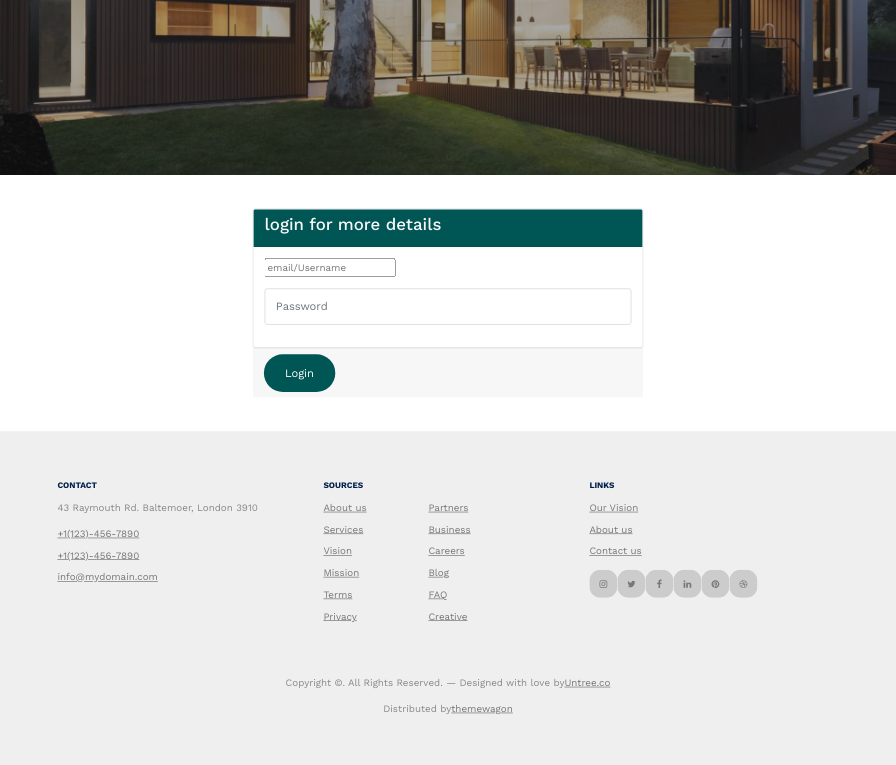
Repository: Farhan0021/Rentalproject
Page: /seeker/login (app in front/)
An editor plug-in stored every save of this project. The page is shown before and after the next save, followed by the edit.
The browser window is 1280 px wide. The pictures show the part of the page from y = 470 to 2390 px (the page is 1563 px tall before and 2617 px after), at 70% of full size.
The project was rebuilt for these pictures with package versions that can differ from the ones it lists, and the page was loaded fresh each time. Also part of the build but not shown: front/vite.config.js, front/src/pages/Home.jsx, front/src/schema/SeekerSignupSchema.jsx, front/src/pages/seekers/Signup.jsx, front/src/pages/owner/Login.jsx, front/src/schema/OwnerSignupSchema.jsx, front/src/pages/owner/Signup.jsx, front/src/pages/Details.jsx.

Above is the page before, as saved 2025-05-01 16:21:10.
Console error: TypeError: Cannot read properties of null (reading 'style')

After the next save:
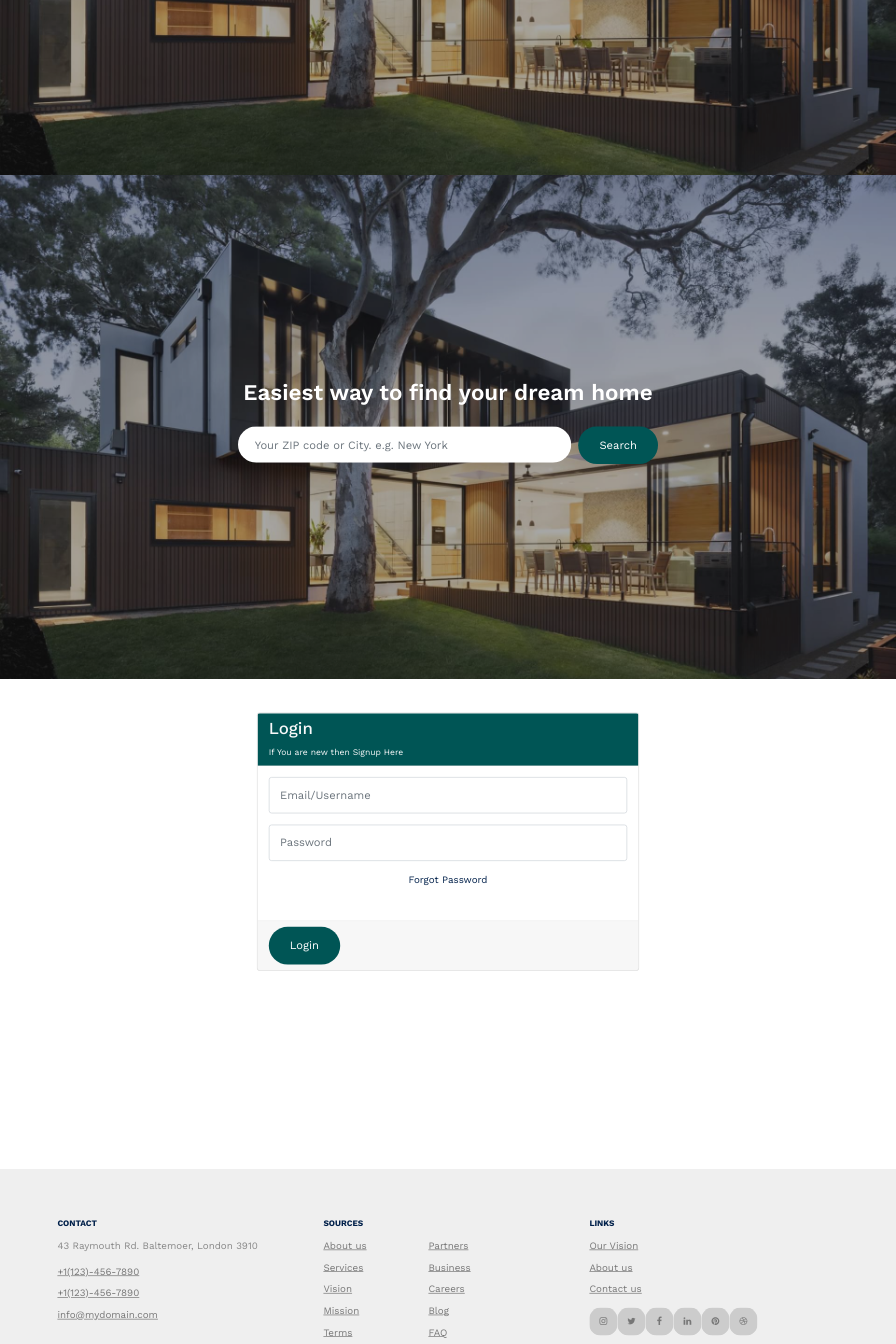
Saved 2 min 18 s later.
--- a/front/src/pages/seekers/Login.jsx
+++ b/front/src/pages/seekers/Login.jsx
@@ -1,60 +1,93 @@
-import React, { useEffect } from 'react'
+import React, { useEffect, useState } from 'react'
 import {useFormik} from 'formik'
 import LoginSchema from '../../schema/LoginSchema';
+import {NavLink, useNavigate} from 'react-router-dom'
+import axios from 'axios'
+import Slider from '../../components/Slider'
+import Button from 'react-bootstrap/Button'
 
 const Login = () => {
+  let navigate = useNavigate();
+  let [errMsg, setErrMsg] = useState("");
+
   useEffect(()=>{
-    window.scroll(0,0);
+    window.scrollTo(0, 0);
   },[])
 
   let loginFrm = useFormik({
     validationSchema : LoginSchema,
-    initialValues :
-    {
+    initialValues : {
       email : "",
       password : ""
     },
     onSubmit : (formData)=>{
-      console.log(formData)
+      axios.post(`${import.meta.env.VITE_API_URL}/seekerauth`, formData)
+      .then(response=>{
+        // console.log(response.data)
+        if(response.data.success==true){
+          if(localStorage.getItem("owner-access-token")){
+            localStorage.removeItem("owner-access-token")
+            localStorage.removeItem("owner-name")
+          }
+          localStorage.setItem("name", response.data.name);
+          localStorage.setItem("access-token", response.data.token);
+          navigate("/");
+        }else{
+          if(response.data.errType==1){
+            setErrMsg("This Email ID and Password is Incorrect !");
+          }
+          if(response.data.errType==2){
 
+            setErrMsg("This Password is Incorrect !");
+          }
+        }
+      })
     }
   })
 
-    return (
-        <div className="container" style={{minHeigh : "700px"}}>
-        <form onSubmit={loginFrm.handleSubmit}>
-        <div className="row"></div>
+
+  return (
+    <>
+    <Slider />
+    <div className="container" style={{minHeight : "700px"}}>
+      <form onSubmit={loginFrm.handleSubmit}>
+      <div className="row">
         <div className="col-md-6 offset-md-3 my-5">
-
-         <div className="card">
+          <div className="card">
             <div className="card-header bg-green">
-                <h4 className='text-light'>login for more details</h4>
+              <h4 className='text-light'>Login</h4>
+              <small className='text-light'>If You are new then <NavLink to="/seeker/signup" className='text-light'>Signup Here</NavLink></small>
             </div>
             <div className="card-body">
 
               <div className="row">
 
-                </div>
                 <div className="col-12 mb-3">
                   <input
                     type="text"
-                    className={"form-control"+ loginFrm.errors.email && loginFrm.touched.email && (
-                      <div className="text-danger"> {loginFrm.errors.email}</div>)}
-                    placeholder="email/Username"
+                    className={"form-control " + (loginFrm.errors.email && loginFrm.touched.email ? 'is-invalid' : '')}
+                    placeholder="Email/Username"
                     name='email'
                     onChange={loginFrm.handleChange}
                   />
                 </div>
+
                 <div className="col-12 mb-3">
                   <input
-                    type="Password"
-                    className={"form-control"+ (loginFrm.errors.password && loginFrm.touched.password ? 'is-invalid' : '')}
+                    type="password"
+                    className={"form-control " + (loginFrm.errors.password && loginFrm.touched.password ? 'is-invalid' : '')}
                     placeholder="Password"
                     name='password'
                     onChange={loginFrm.handleChange}
                   />
                 </div>
+                <div className="col-md-12">
+                  <p className='text-center'>
+                  <NavLink to='/seeker/forgot-password'>Forgot Password</NavLink>
 
+                  </p>
+                </div>
+                <p className='text-danger text-center'>{errMsg}</p>
 
 
               </div>
@@ -62,18 +95,30 @@ const Login = () => {
             </div>
             <div className="card-footer">
             <div className="col-12">
-                  <input
+                  {/* <input
                     type="submit"
                     value="Login"
                     className="btn btn-primary"
-                  />
+                  /> */}
+                  <Button type='submit'>Login</Button>
                 </div>
+
             </div>
-         </div>
-         </form>
+          </div>
         </div>
-
-    )
+      </div>
+      </form>
+    </div>
+    </>
+  )
 }
 
 export default Login
+
+/*
+  import
+      1. hook             ---   useName ----    Logic -- useName()
+      2. component        ---   DemoCompoent  -- JSX --- <DemoComponent />
+      3. function/var     ---
+
+*/
